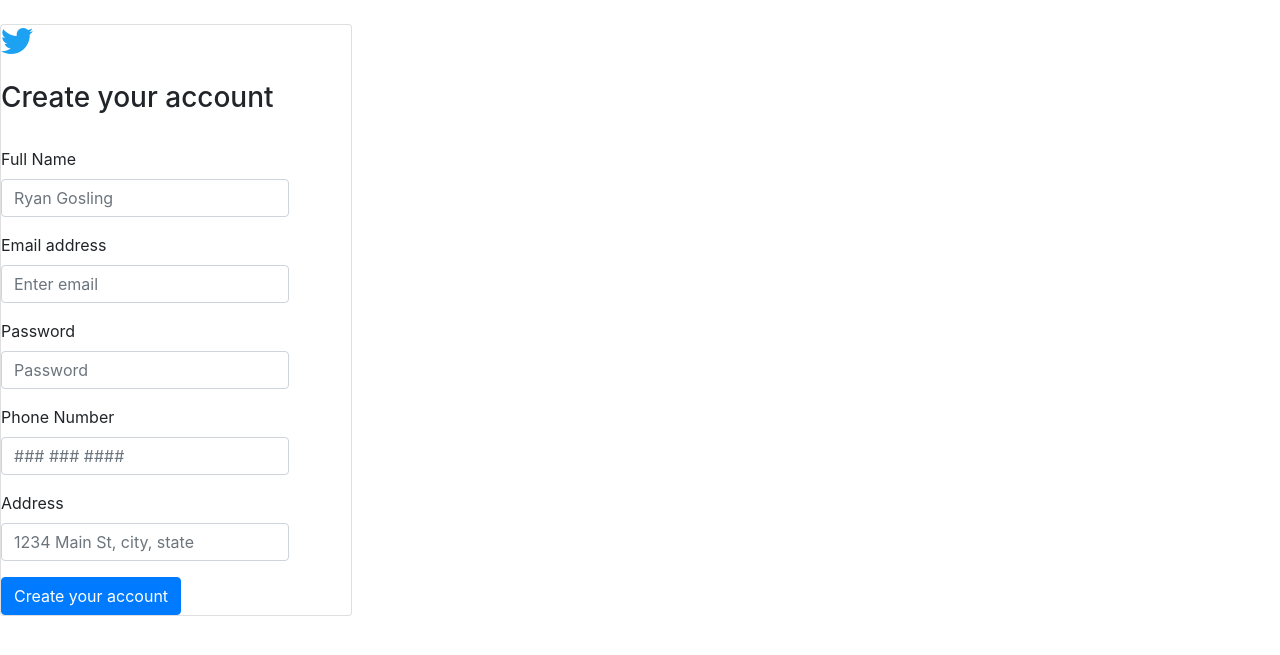
Repository: kavyashree088/AAKKS
Page: /Signup (app in Frontend/)
An editor plug-in stored every save of this project. The page is shown before and after the next save, followed by the edit.
The browser window is 1280 px wide. The pictures show the whole page.
Some web libraries are served in a nearby version. The project was rebuilt for these pictures with package versions that can differ from the ones it lists, and the page was loaded fresh each time. Also part of the build but not shown: Frontend/src/CSS/navbar.css, Frontend/src/Components/Home.js, Frontend/src/CSS/LandingPage.css, Frontend/src/Components/LandingPage/LandingPage.js.

Above is the page before, as saved 2019-11-16 14:09:23.

### Frontend/src/App.js
import React from 'react';
import { Component } from "react";
import { BrowserRouter as Router, Switch, Route } from "react-router-dom";
import Home from "./Components/Home"
import Signup from "./Components/LandingPage/Signup"

import LandingPage from './Components/LandingPage/LandingPage'

class App extends Component {
  render() {
    return (
      <Router>
        <Switch>
          <Route exact path="/" component={LandingPage}></Route>
          <Route exact path="/home" component={Home}></Route>
          <Route exact path="/Signup" component={Signup}></Route>


        </Switch>
      </Router>

    );
  }
}

export default App;

### Frontend/src/Components/LandingPage/Signup.js

import React, { Component } from 'react'
import axios from 'axios';
import { Redirect } from 'react-router'
import rooturl from './../../Config/settings.js'

import Form from 'react-bootstrap/Form'
import Button from 'react-bootstrap/Button'
import Card from 'react-bootstrap/Card'
import './../../CSS/Signup.css'

class Signup extends Component {

    constructor(props) {
        super(props)
        this.state = {
            buyerName: "",
            buyerEmailId: "",
            buyerPassword: "",
            buyerPhone: "",
            buyerAddress: "",
            finishedSignUp: false,
            message: ""
        }

        this.buyerNameChangeHandler = this.buyerNameChangeHandler.bind(this)
        this.emailIdChangeHandler = this.emailIdChangeHandler.bind(this)
        this.passwordChangeHandler = this.passwordChangeHandler.bind(this)
        this.phoneNumberChangeHandler = this.phoneNumberChangeHandler.bind(this)
        this.submitBuyerSignUp = this.submitBuyerSignUp.bind(this)
        this.addressChangeHandler = this.addressChangeHandler.bind(this)
    }
    buyerNameChangeHandler = (e) => {
        this.setState({
            buyerName: e.target.value
        })
    }
    emailIdChangeHandler = (e) => {
        this.setState({
            buyerEmailId: e.target.value
        })
    }
    passwordChangeHandler = (e) => {
        this.setState({
            buyerPassword: e.target.value
        })
    }

    phoneNumberChangeHandler = (e) => {
        this.setState({
            buyerPhone: e.target.value
        })
    }

    addressChangeHandler = (e) => {
        this.setState({
            buyerAddress: e.target.value
        })
    }

    submitBuyerSignUp = (e) => {
        //console.log("in submit ")
        e.preventDefault();
        console.log(this.state.message)
        const data = {
            buyerName: this.state.buyerName,
            buyerEmailId: this.state.buyerEmailId,
            buyerPassword: this.state.buyerPassword,
            buyerPhone: this.state.buyerPhone.substring(1, 4),
            buyerAddress: this.state.buyerAddress,
        }

        console.log("data is..")
        console.log(data);

        this.setState({
            message: "Buyer already exists"
        })

        axios.defaults.withCredentials = true;
        axios.post('http://' + rooturl + ':3001/signup', data)
            .then(response => {
                console.log("frontend")
                //console.log("Status Code : ", response.status);
                console.log("Response from Sign Up " + response);
                console.log(response);
                //console.log(response.message)
                if (response.data.responseMessage === "Successfully Added!") {
                    this.setState({
                        finishedSignUp: true,
                        message: "Buyer signed up successfully"
                    })
                } else {
                    this.setState({
                        finishedSignUp: false,
                        message: "Buyer already exists"
                    })
                }
            });
    }

    render() {
        var nextpage = null
        if (this.state.finishedSignUp === true) {
            nextpage = <Redirect to="/BuyerSignIn" />
        }
        return (
            <div>
                {nextpage}


                    <br></br>
                    <Card style={{ width: '22rem' }} >

                    <span className="fab fa-twitter" style={{
                                    marginRight: "10px",
                                    fontSize: "2rem",
                                    color: "rgba(29,161,242,1.00)"
                                }}></span>
                        <br></br>


                        <h3>Create your account</h3>
                        <br></br>
                        <center>
                            <Form style={{ width: '18rem' }}>
                                <Form.Group controlId="formGridName" >
                                    <Form.Label>Full Name</Form.Label>
                                    <Form.Control placeholder="Ryan Gosling" required type="text" name="buyerName" onChange={this.buyerNameChangeHandler} />
                                </Form.Group>
                                <Form.Group controlId="formBasicEmail">
                                    <Form.Label>Email address</Form.Label>
                                    <Form.Control required type="email" placeholder="Enter email" name="buyerEmailId" onChange={this.emailIdChangeHandler} />
                                </Form.Group>

                                <Form.Group controlId="formBasicPassword">
                                    <Form.Label>Password</Form.Label>
                                    <Form.Control type="password" required placeholder="Password" required name="buyerPassword" onChange={this.passwordChangeHandler} />
                                </Form.Group>
                                <Form.Group controlId="formGridPhoneNumber">
                                    <Form.Label>Phone Number</Form.Label>
                                    <Form.Control required placeholder="### ### ####" input type="text" name="buyerPhone" maxLength="15" onChange={this.phoneNumberChangeHandler} />
                                </Form.Group>
                                <Form.Group controlId="formGridAddress1">
                                    <Form.Label>Address</Form.Label>
                                    <Form.Control placeholder="1234 Main St, city, state" required input type="text" name="address" onChange={this.addressChangeHandler} />
                                </Form.Group>
                                <Button variant="primary" type="submit" onClick={this.submitBuyerSignUp}>
                                    Create your account
                    </Button>

                            </Form>
                            <br></br>
                        </center>
                    </Card>

            </div>
        )
    }
}

export default Signup

### Frontend/src/Config/settings.js
const rooturl = "localhost";

export default rooturl;

### Frontend/src/CSS/Signup.css
*{
    float: left;

}
.input {
    padding: 20px;
    float: center;
    clear: both;
  }
.password{
    color : #BFC9CA ;
    font-size: 14px;
}
.signup{
    margin-top: 80px;
    padding: 60px;
    float: center;
    clear: both;
}
.font{
    font-family: "Helvetica Neue",Helvetica,Arial,sans-serif;
    margin-bottom: 40px
}
.button{
        border-radius: 100px;
        box-shadow: none;
        cursor: pointer;
        font-size: 14px;
        font-weight: bold;
        line-height: 20px;
        padding: 6px 16px;
        position: relative;
        text-align: center;
        white-space: nowrap;
        background-color: #fff;
        border: 1px solid #1da1f2;
        color: #1da1f2;
}
.fontColor{
    color: #1da1f2;
}

Loaded but not shown: Frontend/public/index.html (common file); Frontend/src/index.js (common file); Frontend/src/index.css (common file); Frontend/src/serviceWorker.js (common file)

After the next save:
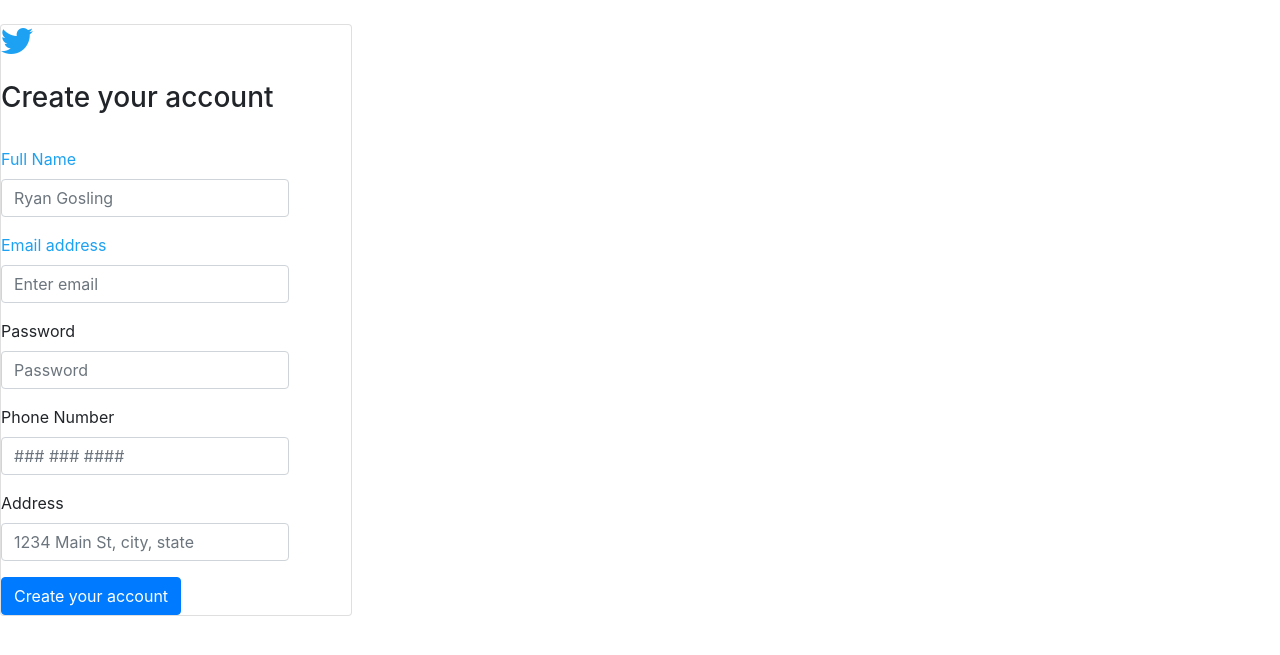
Saved 11 s later.
--- a/Frontend/src/Components/LandingPage/Signup.js
+++ b/Frontend/src/Components/LandingPage/Signup.js
@@ -125,11 +125,11 @@
                         <center>
                             <Form style={{ width: '18rem' }}>
                                 <Form.Group controlId="formGridName" >
-                                    <Form.Label>Full Name</Form.Label>
+                                    <Form.Label className = "fontColor">Full Name</Form.Label>
                                     <Form.Control placeholder="Ryan Gosling" required type="text" name="buyerName" onChange={this.buyerNameChangeHandler} />
                                 </Form.Group>
                                 <Form.Group controlId="formBasicEmail">
-                                    <Form.Label>Email address</Form.Label>
+                                    <Form.Label className = "fontColor">Email address</Form.Label>
                                     <Form.Control required type="email" placeholder="Enter email" name="buyerEmailId" onChange={this.emailIdChangeHandler} />
                                 </Form.Group>
 
